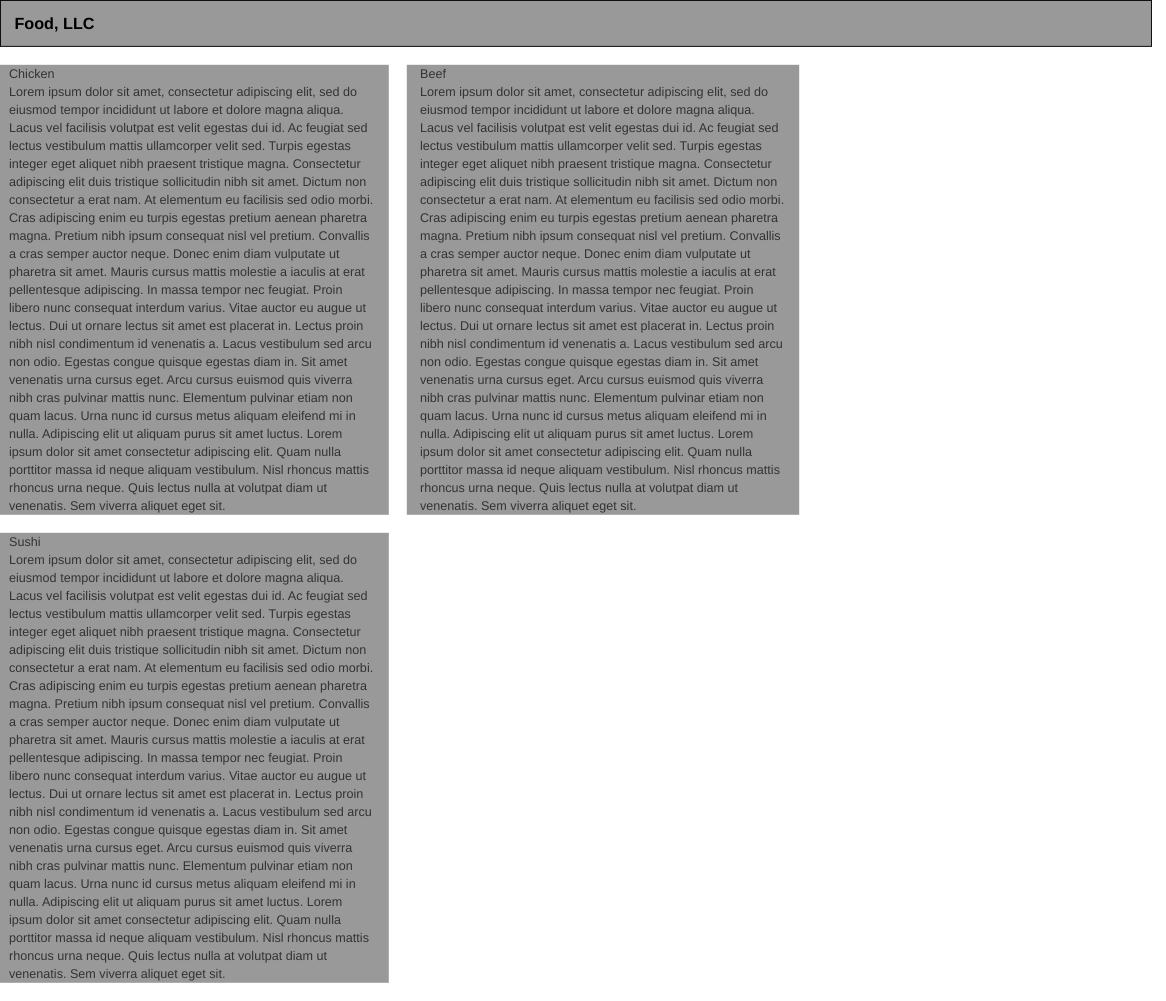
Repository: Cynthia-woo/coursera_frontend_JHU
Page: module3-solution/index.html
These files come from the project's save history. The page is drawn as it stood at one moment and after the next save; the edit follows.
The browser window is 1280 px wide. The page is 1295 px wide, so the pictures cover 1295 px, including what lies to the right of the window. The pictures show the whole page, at 90% of full size.

Above is the page before, as saved 2024-04-20 02:43:59.

After the next save:
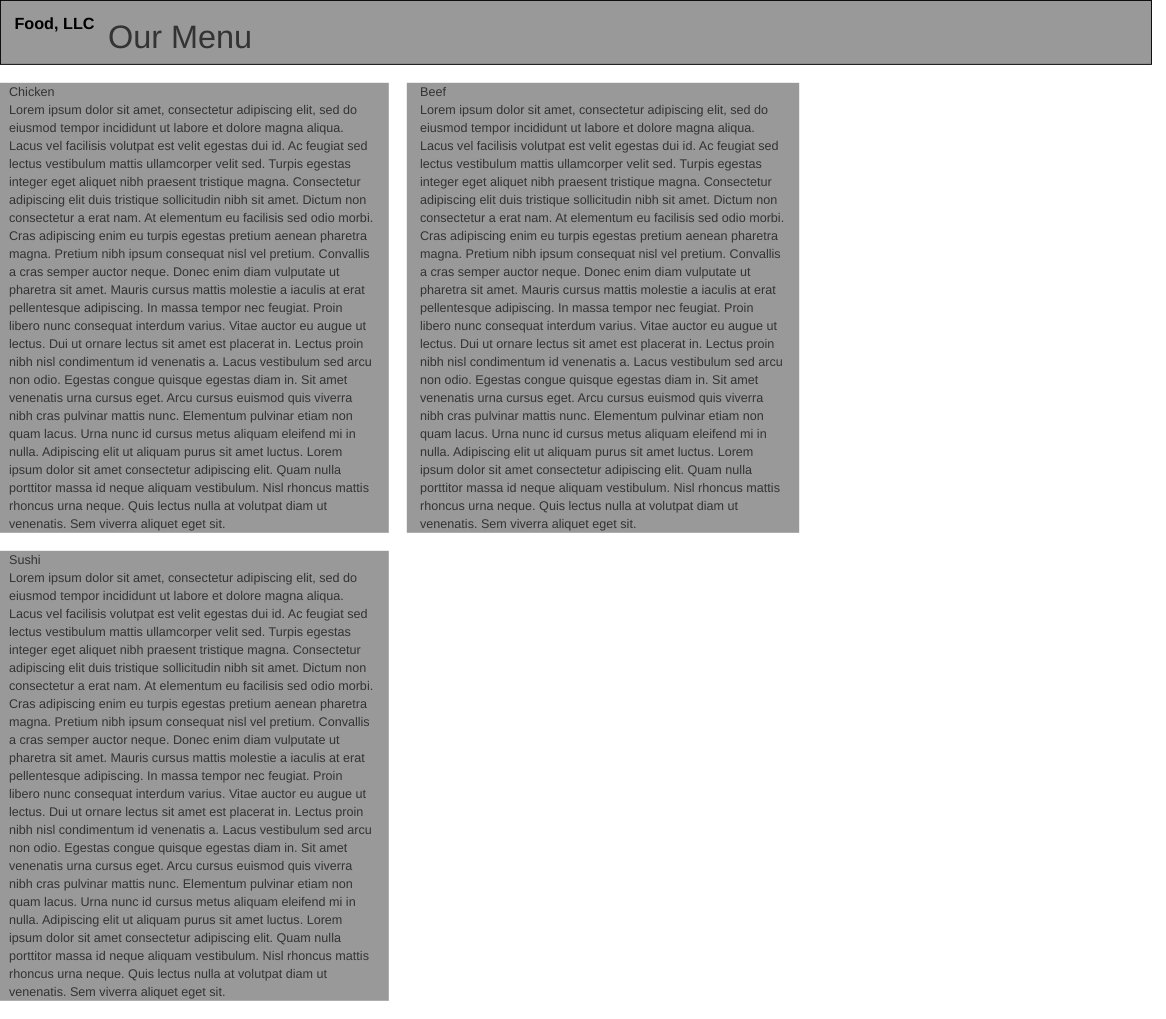
Saved 72 s later.
--- a/module3-solution/index.html
+++ b/module3-solution/index.html
@@ -32,6 +32,8 @@
                 <span class="icon-bar"></span>
               </button>
             </div>
+
+            <h1 id="main_title">Our Menu</h1>
 
             <div id="collapsable-nav" class="collapse navbar-collapse hidden-lg hidden-md">
                <ul id="nav-list" class="nav navbar-nav navbar-right">
